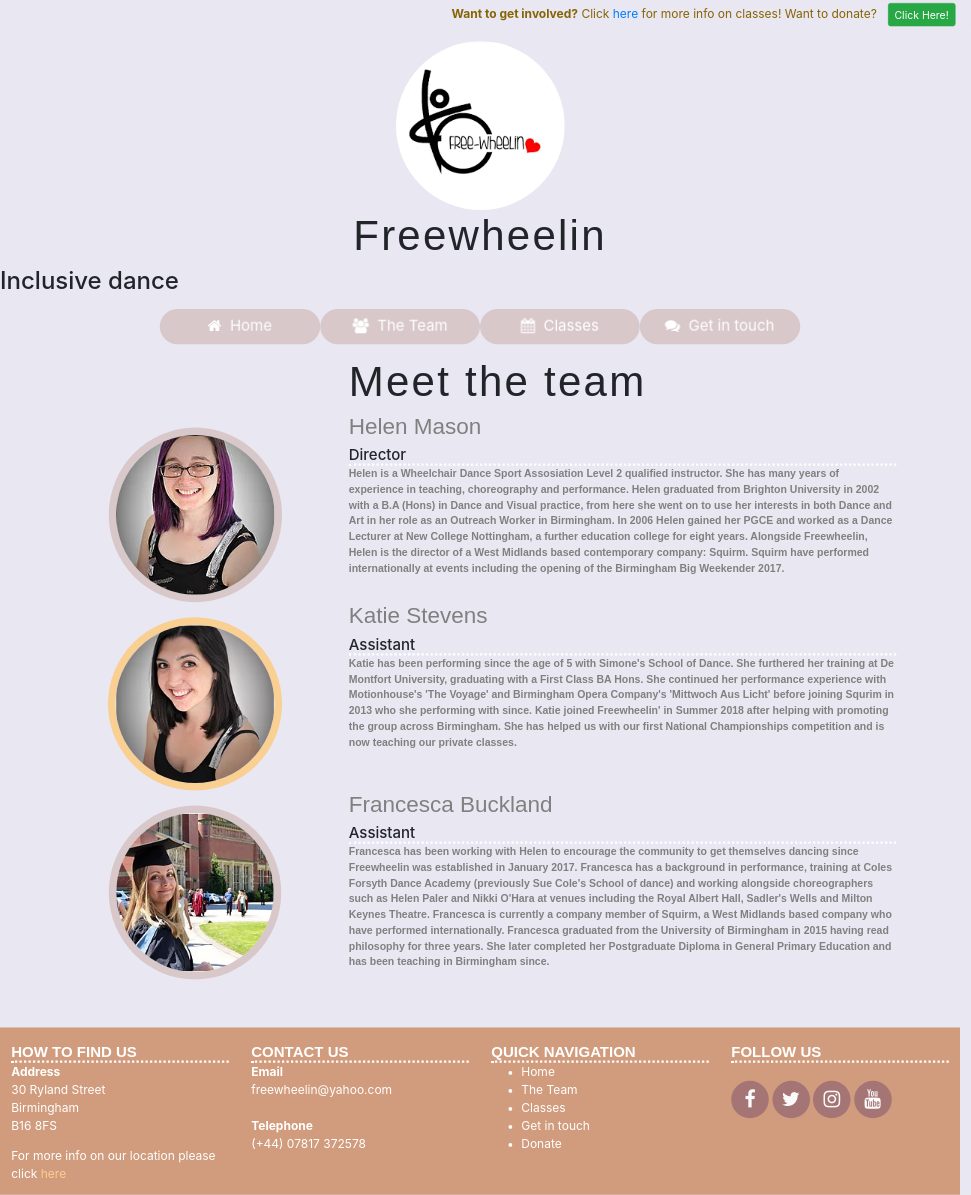
Repository: Code-Institute-Submissions/francisillingworth-resubmitted-milestone-project-1
Page: team.html
The author's editor kept a record of every edit. The page is drawn from the files as they stood at one moment, then again after the next edit.
The browser window is 1280 px wide. The page is 1295 px wide, so the pictures cover 1295 px, including what lies to the right of the window. The pictures show the whole page, at 75% of full size.

Above is the page before.

After the next edit:
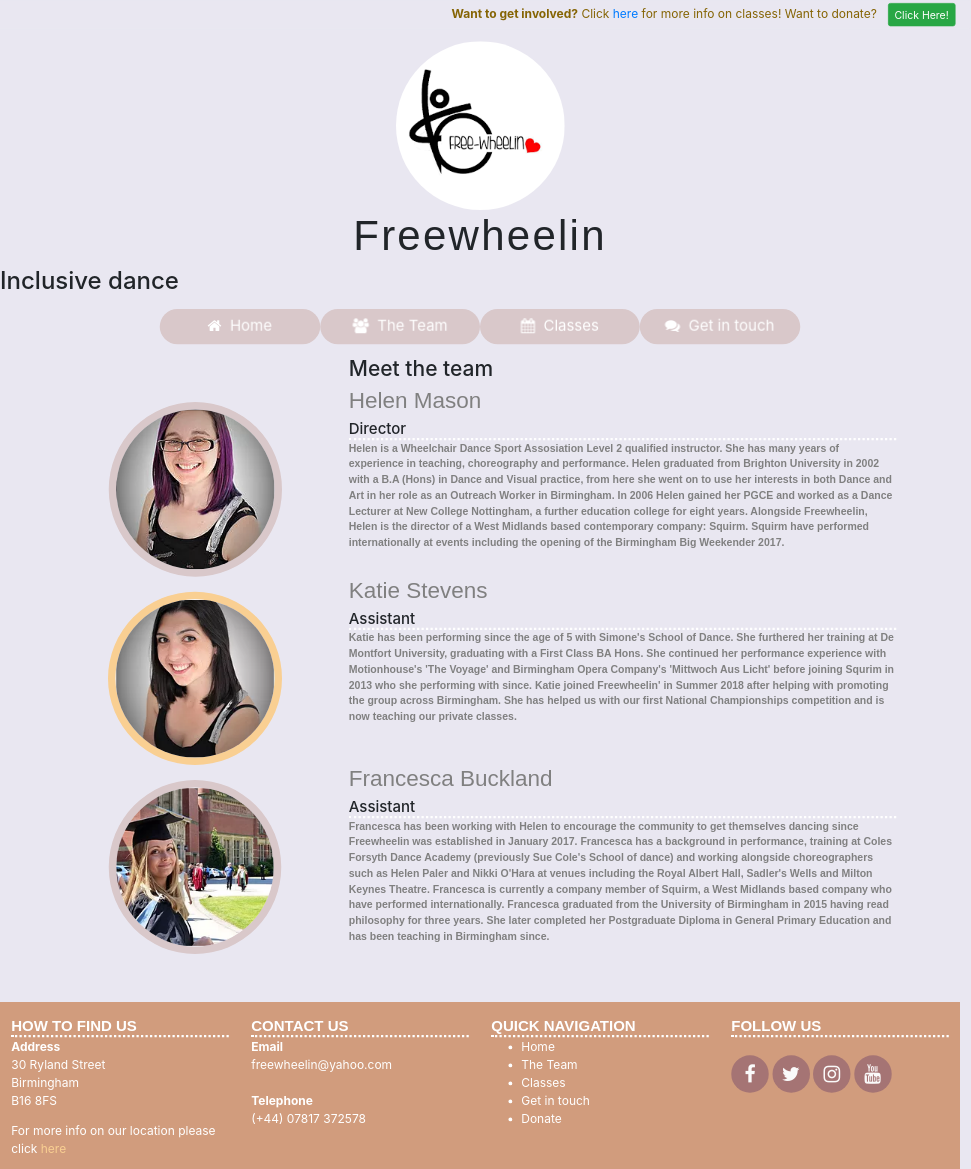
The edit:
--- a/team.html
+++ b/team.html
@@ -81,7 +81,7 @@
             <div class="row">
                 <div class=" col-sm-12 offste-sm-0 col-md-8 offset-md-4">
                     <div class="meet-the-team">
-                        <h1 class="meet-the-team">Meet the team</h1>
+                        <h3 class="meet-the-team">Meet the team</h3>
                     </div>
                 </div>
 
